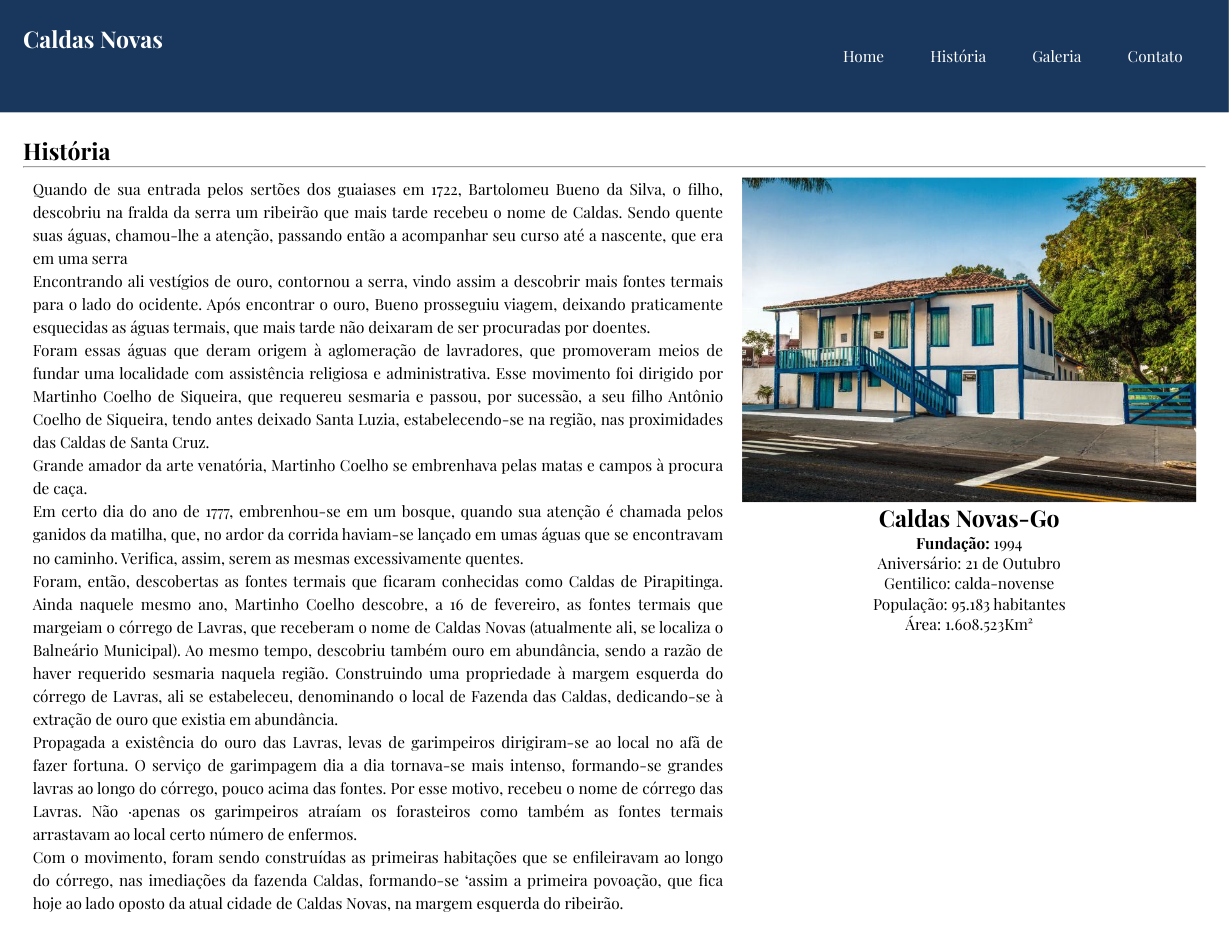
Repository: AbiezerSidonioJoseOdanacaJunior/DesafioLocalTuristico
Page: index.html
An editor plug-in stored every save of this project. The page is shown before and after the next save, followed by the edit.
The browser window is 1280 px wide. The pictures show the whole page, at 96% of full size.
Some web fonts or font styles are not loaded; a fallback is used.

Above is the page before, as saved 2024-11-11 16:05:12.

### index.html
<!DOCTYPE html>
<html lang="pt-br">
<head>
    <link rel="preconnect" href="https://fonts.googleapis.com">
    <link rel="preconnect" href="https://fonts.gstatic.com" crossorigin>
    <meta charset="UTF-8">
    <meta name="viewport" content="width=device-width, initial-scale=1.0">
    <title>Caldas Novas</title>
    <link rel="stylesheet" href="./css/style.css">
    <link href="https://fonts.googleapis.com/css2?family=Alice&family=Playfair+Display:ital,wght@0,400..900;1,400..900&display=swap" rel="stylesheet">
</head>
<body>
    <div id="page">
        <nav>
            <!-- <img src="./img/clds.png" alt="logo Caldas novas"> -->
             <h1>Caldas Novas</h1>
            <ul>
                <li><a href="#home">Home</a></li>
                <li><a href="#history">História</a></li>
                <li><a href="#gallery">Galeria</a></li>
                <li><a href="#contact">Contato</a></li>
            </ul>
        </nav>
        <main>
            <section id="history">
                <h1>História</h1>
                <hr>
               <div id="about">
                <div id="text-history">
                    <p>Quando de sua entrada pelos sertões dos guaiases em 1722, Bartolomeu Bueno da Silva, o filho, descobriu na fralda da serra um ribeirão que mais tarde recebeu o nome de Caldas. Sendo quente suas águas, chamou-lhe a atenção, passando então a acompanhar seu curso até a nascente, que era em uma serra</p>
                    <p>Encontrando ali vestígios de ouro, contornou a serra, vindo assim a descobrir mais fontes termais para o lado do ocidente. Após encontrar o ouro, Bueno prosseguiu viagem, deixando praticamente esquecidas as águas termais, que mais tarde não deixaram de ser procuradas por doentes.</p>
                    <p>Foram essas águas que deram origem à aglomeração de lavradores, que promoveram meios de fundar uma localidade com assistência religiosa e administrativa. Esse movimento foi dirigido por Martinho Coelho de Siqueira, que requereu sesmaria e passou, por sucessão, a seu filho Antônio Coelho de Siqueira, tendo antes deixado Santa Luzia, estabelecendo-se na região, nas proximidades das Caldas de Santa Cruz.</p>
                    <p>Grande amador da arte venatória, Martinho Coelho se embrenhava pelas matas e campos à procura de caça.</p>
                    <p>Em certo dia do ano de 1777, embrenhou-se em um bosque, quando sua atenção é chamada pelos ganidos da matilha, que, no ardor da corrida haviam-se lançado em umas águas que se encontravam no caminho. Verifica, assim, serem as mesmas excessivamente quentes.</p>
                    <p>Foram, então, descobertas as fontes termais que ficaram conhecidas como Caldas de Pirapitinga. Ainda naquele mesmo ano, Martinho Coelho descobre, a 16 de fevereiro, as fontes termais que margeiam o córrego de Lavras, que receberam o nome de Caldas Novas (atualmente ali, se localiza o Balneário Municipal). Ao mesmo tempo, descobriu também ouro em abundância, sendo a razão de haver requerido sesmaria naquela região. Construindo uma propriedade à margem esquerda do córrego de Lavras, ali se estabeleceu, denominando o local de Fazenda das Caldas, dedicando-se à extração de ouro que existia em abundância.</p>
                    <p>Propagada a existência do ouro das Lavras, levas de garimpeiros dirigiram-se ao local no afã de fazer fortuna. O serviço de garimpagem dia a dia tornava-se mais intenso, formando-se grandes lavras ao longo do córrego, pouco acima das fontes. Por esse motivo, recebeu o nome de córrego das Lavras. Não ·apenas os garimpeiros atraíam os forasteiros como também as fontes termais arrastavam ao local certo número de enfermos.</p>
                    <p>Com o movimento, foram sendo construídas as primeiras habitações que se enfileiravam ao longo do córrego, nas imediações da fazenda Caldas, formando-se ‘assim a primeira povoação, que fica hoje ao lado oposto da atual cidade de Caldas Novas, na margem esquerda do ribeirão.</p>
                </div>
                <div id="image-history">
                    <img src="./img/imghistory.jpg" alt="Imagem Caldas">
                    <h2>Caldas Novas-Go</h2>
                    <p><b>Fundação:</b> 1994 </p>
                    <p>Aniversário: 21 de Outubro </p>
                    <p>Gentilico: calda-novense </p>
                    <p>População: 95.183 habitantes</p>
                    <p>Área: 1.608.523Km²</p>
                </div>
               </div>
            </section>
        </main>
    </div>

</body>
</html>

### css/style.css
* {
    padding: 0;
    margin: 0;
    box-sizing: border-box;
}
body{
    font-family: "Playfair Display", serif;
}

nav {
    display: flex;
    background-color: #19375c;
}

nav img {
    width: 116px;
    height: 92px;
}

nav h1{
    color:#fff;
    padding: 24px;
}

ul{
    display: flex;
    padding: 24px;
    margin-left: auto;
}

ul li {
    padding: 24px;
    list-style: none;
}

ul li a {
    text-decoration: none;
    color: #fff;
}

#history {
    width: 100%;
    height: 100%;
    padding: 24px;
    box-sizing: border-box;

}

#about {
    display: flex;
    width: 100%;
    max-width: 100vw;
    overflow-x: hidden;;
}

#text-history {
    flex: 0 0 60%;
    padding: 10px;
    text-align: justify;
    line-height: 24px;
}

#image-history {
    flex: 0 0 40%; /* Ocupa 25% da largura */
    padding: 10px;
    display: flex;
    flex-direction: column;
    align-items: center;
    text-align: center;
}

#image-history img {
    max-width: 100%;
    height: auto;
}

After the next save:
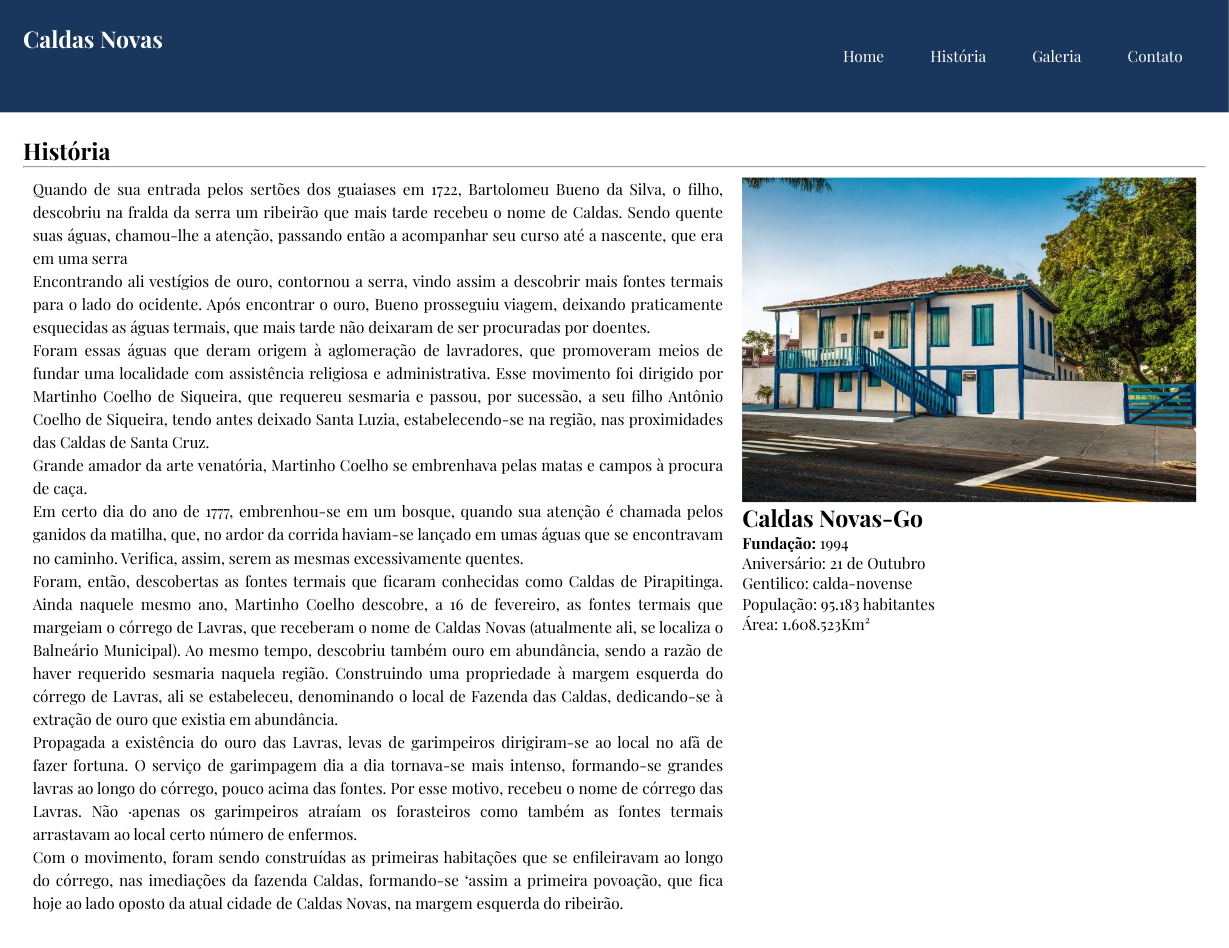
Saved 42 s later.
--- a/css/style.css
+++ b/css/style.css
@@ -65,8 +65,6 @@
     padding: 10px;
     display: flex;
     flex-direction: column;
-    align-items: center;
-    text-align: center;
 }
 
 #image-history img {
